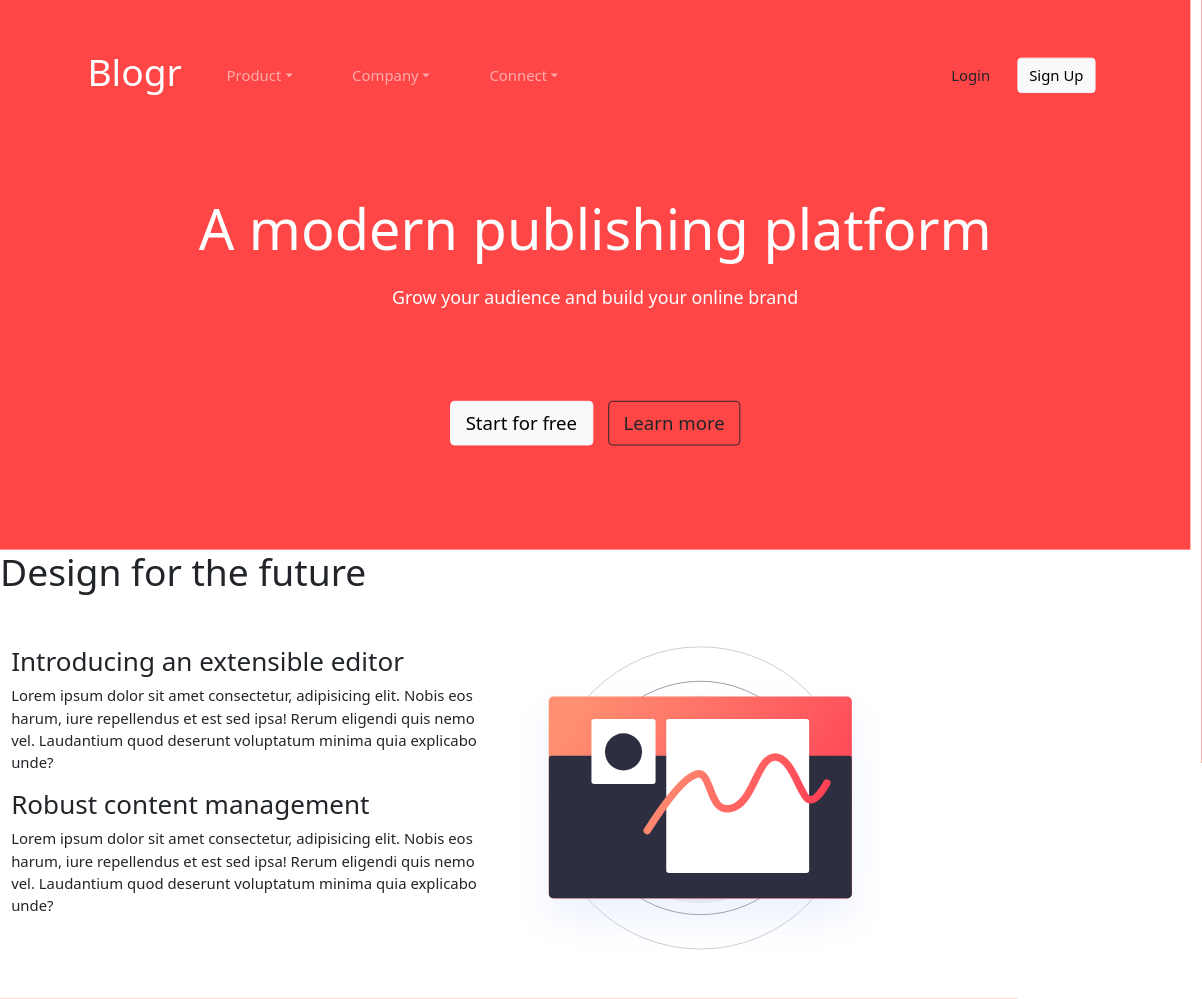
Repository: badhon252/blogr-landing-page
Page: /
An editor plug-in stored every save of this project. The page is shown before and after the next save, followed by the edit.
The browser window is 1280 px wide. The page is 1292 px wide, so the pictures cover 1292 px, including what lies to the right of the window. The pictures show the whole page, at 93% of full size.
The project was rebuilt for these pictures with package versions that can differ from the ones it lists, and the page was loaded fresh each time.

Above is the page before, as saved 2022-01-18 18:49:45.

After the next save:
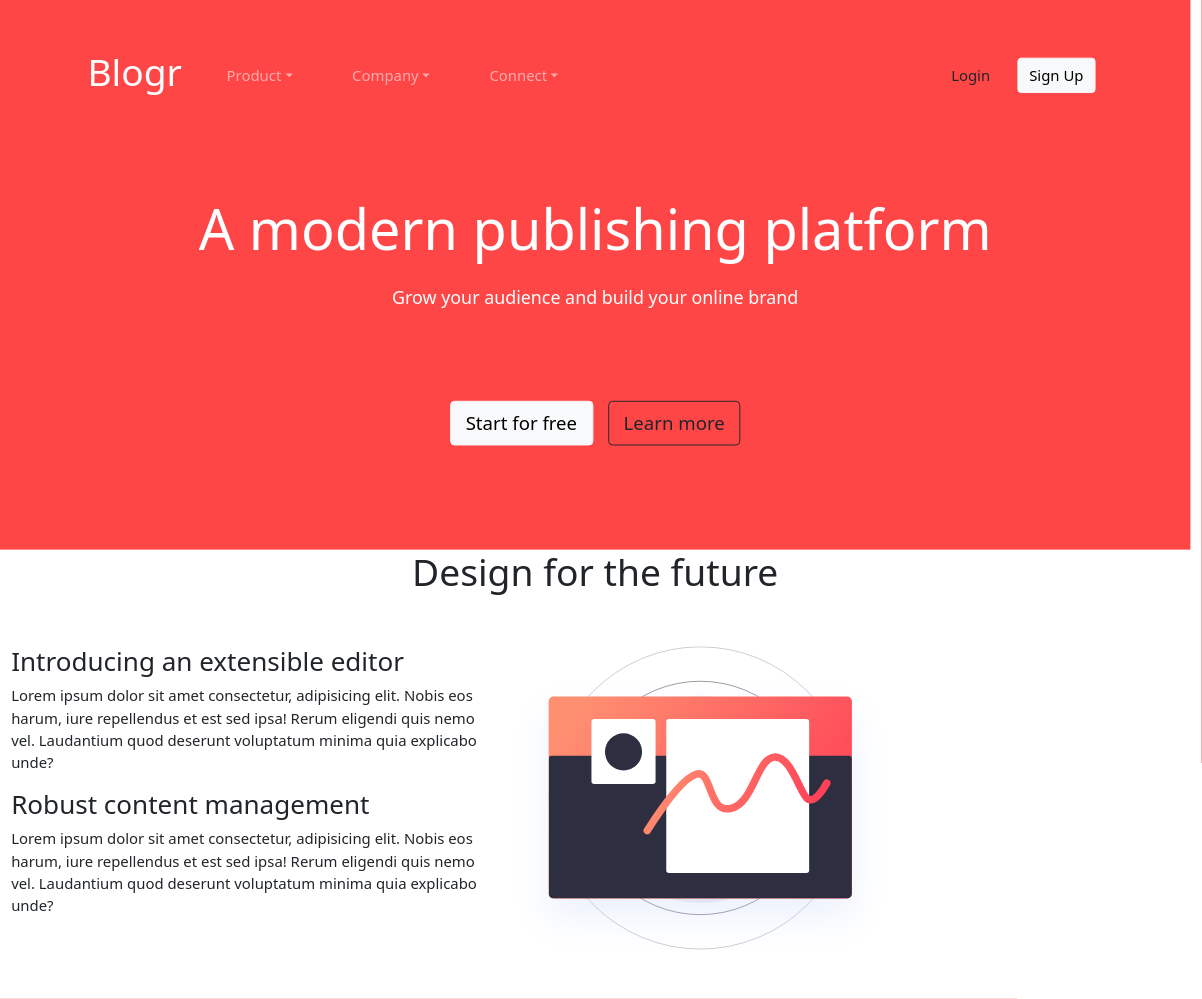
Saved 36 s later.
--- a/src/components/styles/index.css
+++ b/src/components/styles/index.css
@@ -32,3 +32,8 @@
   padding: 10px 20px 10px 20px;
   text-decoration: none;
 } */
+
+/* Intro ======= */
+.intro-h1 {
+  text-align: center;
+}
